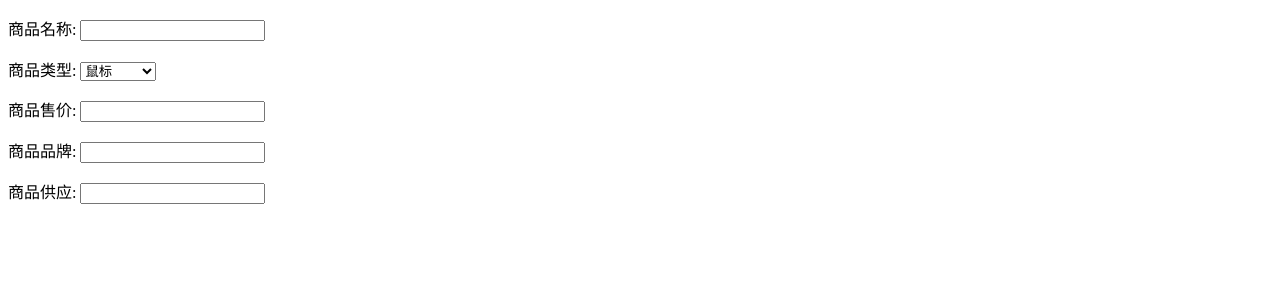
Repository: qyl1006/JavaApps
Page: workspace/web-01-html/WebContent/hello/input03.html
An editor plug-in stored every save of this project. The page is shown before and after the next save, followed by the edit.
The browser window is 1280 px wide. The pictures show the whole page.

Above is the page before, as saved 2018-02-27 11:22:00.

After the next save:
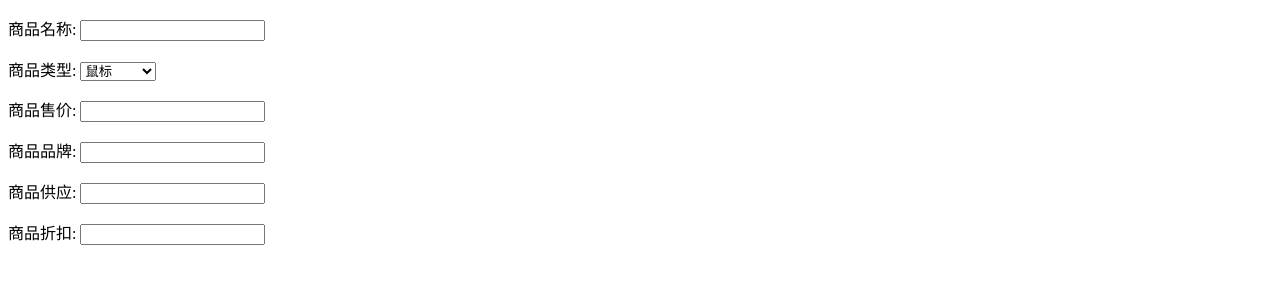
Saved 17 s later.
--- a/workspace/web-01-html/WebContent/hello/input03.html
+++ b/workspace/web-01-html/WebContent/hello/input03.html
@@ -18,6 +18,7 @@
 		<p>商品售价: <input type="text" name="price"/></p>
 		<p>商品品牌: <input type="text" name="brand"/></p>
 		<p>商品供应: <input type="text" name="supply"/></p>
+		<p>商品折扣: <input type="text" name="supply"/></p>
 	</form>
 
 </body>
